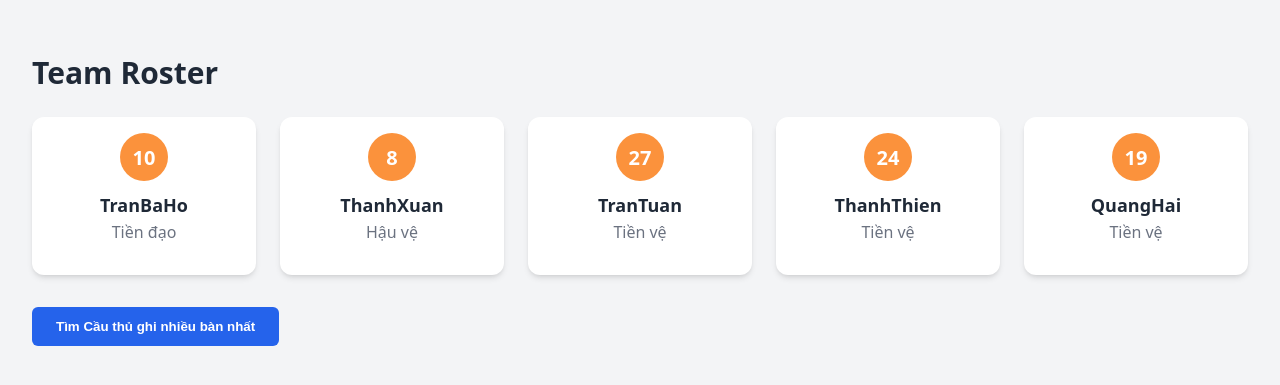
Repository: binhphanbp/ECMAScript_WEB501_WD20301
Page: Lab/Lab6-final-2/index.html
The author's editor kept a copy of each file at every save. The page is drawn from the files as they stood at one save, then again after the next save.
The browser window is 1280 px wide. The pictures show the whole page.

Above is the page before, as saved 2025-10-14 10:12:10.

After the next save:
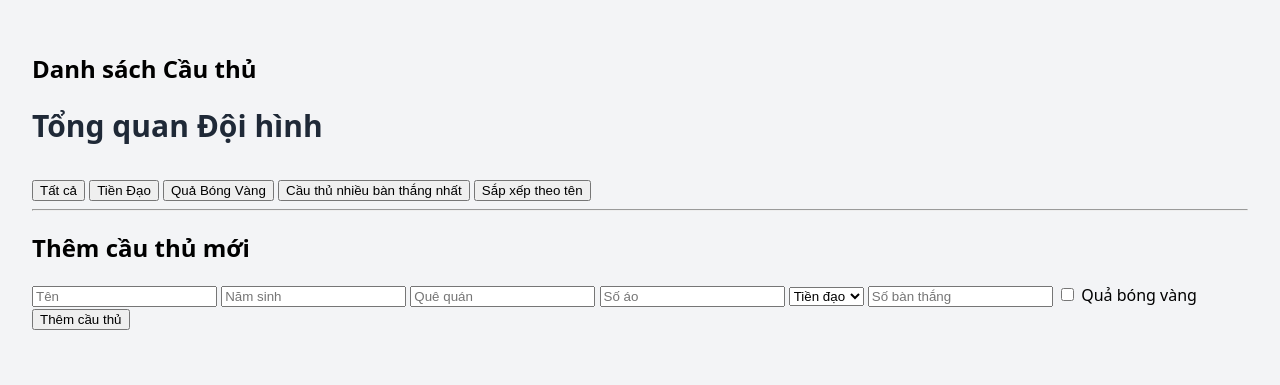
Console error: TypeError: Cannot set properties of null (setting 'innerHTML')
Saved 2 min 10 s later.
--- a/Lab/Lab6-final-2/index.html
+++ b/Lab/Lab6-final-2/index.html
@@ -3,20 +3,53 @@
   <head>
     <meta charset="UTF-8" />
     <meta name="viewport" content="width=device-width, initial-scale=1.0" />
-    <title>Player Management</title>
+    <title>Quản Lý Đội Hình</title>
     <link rel="stylesheet" href="style.css" />
   </head>
   <body>
-    <div class="container">
-      <h1>Team Roster</h1>
+    <div class="app-layout">
+      <aside class="sidebar">
+        <div class="sidebar-header">
+          <h2>Danh sách Cầu thủ</h2>
+        </div>
+        <ul id="sidebar-player-list" class="sidebar-list"></ul>
+      </aside>
 
-      <div id="player-cards-container" class="player-grid"></div>
+      <main class="main-content">
+        <h1>Tổng quan Đội hình</h1>
+        <div class="controls">
+          <button id="btn-all">Tất cả</button>
+          <button id="btn-forwards">Tiền Đạo</button>
+          <button id="btn-golden-ball">Quả Bóng Vàng</button>
+          <button id="btn-top-scorer">Cầu thủ nhiều bàn thắng nhất</button>
+          <button id="btn-sort-by-name">Sắp xếp theo tên</button>
+        </div>
 
-      <div class="controls">
-        <button id="btnFindTopScorer">Tìm Cầu thủ ghi nhiều bàn nhất</button>
-      </div>
+        <div id="player-list" class="player-grid"></div>
+
+        <hr class="separator" />
+
+        <h2>Thêm cầu thủ mới</h2>
+        <form id="add-player-form">
+          <input type="text" id="name" placeholder="Tên" required />
+          <input type="number" id="birthYear" placeholder="Năm sinh" required />
+          <input type="text" id="hometown" placeholder="Quê quán" required />
+          <input type="number" id="jerseyNumber" placeholder="Số áo" required />
+          <select id="position" required>
+            <option value="Tiền đạo">Tiền đạo</option>
+            <option value="Tiền vệ">Tiền vệ</option>
+            <option value="Hậu vệ">Hậu vệ</option>
+            <option value="Thủ môn">Thủ môn</option>
+          </select>
+          <input type="number" id="goals" placeholder="Số bàn thắng" required />
+          <label class="checkbox-label">
+            <input type="checkbox" id="isBallonDorWinner" /> Quả bóng vàng
+          </label>
+          <button type="submit">Thêm cầu thủ</button>
+        </form>
+      </main>
     </div>
 
-    <script type="module" src="./js/main.js"></script>
+    <script type="module" src="js/main.js"></script>
   </body>
 </html>
